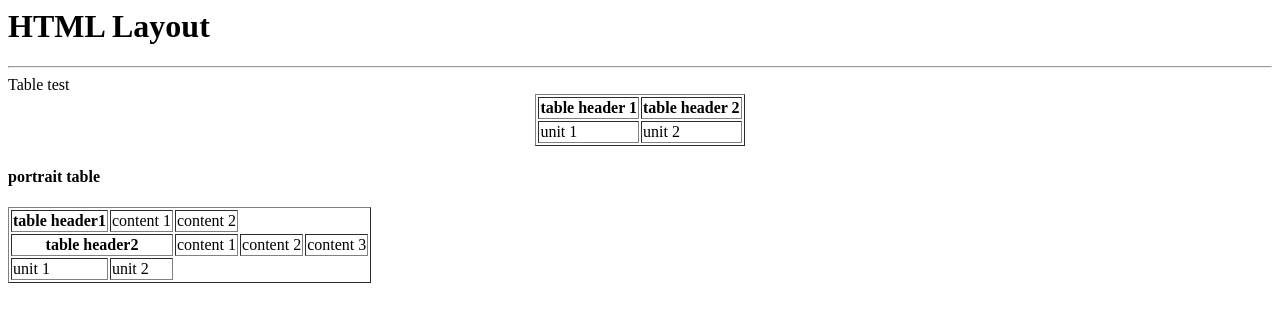
Repository: libelosophy/anjoyo
Page: workspace/QTalk/WebContent/html/table.html
The author's editor kept a copy of each file at every save. The page is drawn from the files as they stood at one save, then again after the next save.
The browser window is 1280 px wide. The pictures show the whole page.

Above is the page before, as saved 2013-09-09 11:31:24.

After the next save:
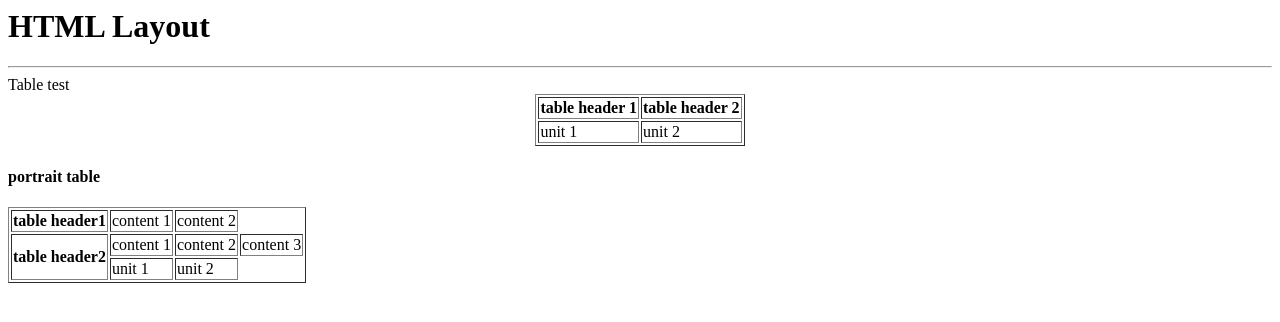
Saved 34 s later.
--- a/workspace/QTalk/WebContent/html/table.html
+++ b/workspace/QTalk/WebContent/html/table.html
@@ -30,7 +30,7 @@
 		</tr>
 
 		<tr>
-			<th colspan="2"> table header2</th>
+			<th rowspan="2"> table header2</th>
 			<td> content 1</td>
 			<td> content 2</td>
 			<td> content 3</td>
